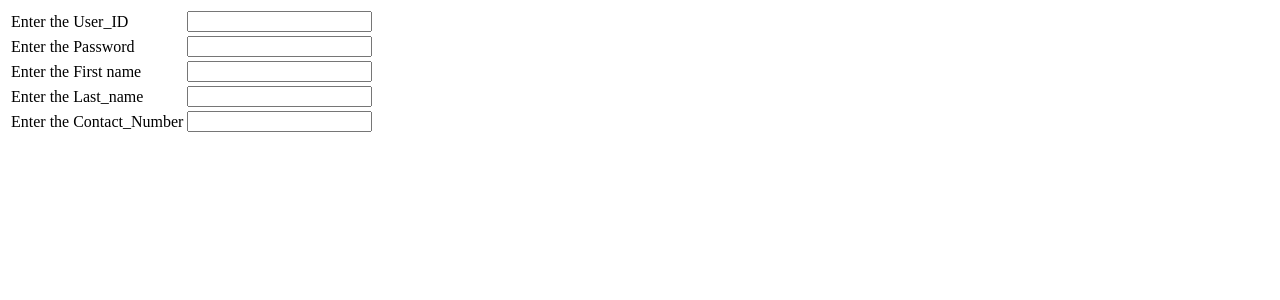
Repository: tushar-TD/Adv_java
Page: My_Servlets/src/main/webapp/Inp_Form.html
These files come from the project's save history. The page is drawn as it stood at one moment and after the next save; the edit follows.
The browser window is 1280 px wide. The pictures show the whole page.

Above is the page before, as saved 2023-07-04 06:42:55.

After the next save:
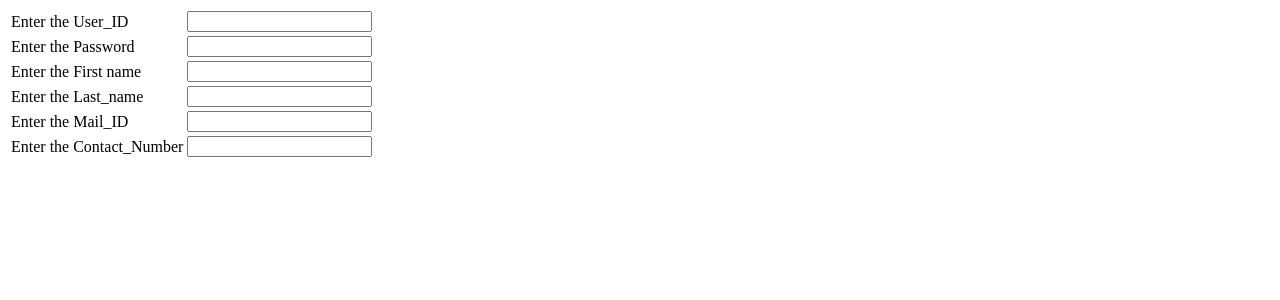
Saved 42 s later.
--- a/My_Servlets/src/main/webapp/Inp_Form.html
+++ b/My_Servlets/src/main/webapp/Inp_Form.html
@@ -32,6 +32,12 @@
 
 <tr>
 <td>
+<label for="m_id">Enter the Mail_ID</label></td>
+<td><input type="text" name="m_id" id="m_id"/></td>
+</tr>
+
+<tr>
+<td>
 <label for="cno">Enter the Contact_Number</label></td>
 <td><input type="text" name="cno" id="cno"/></td>
 </tr>
